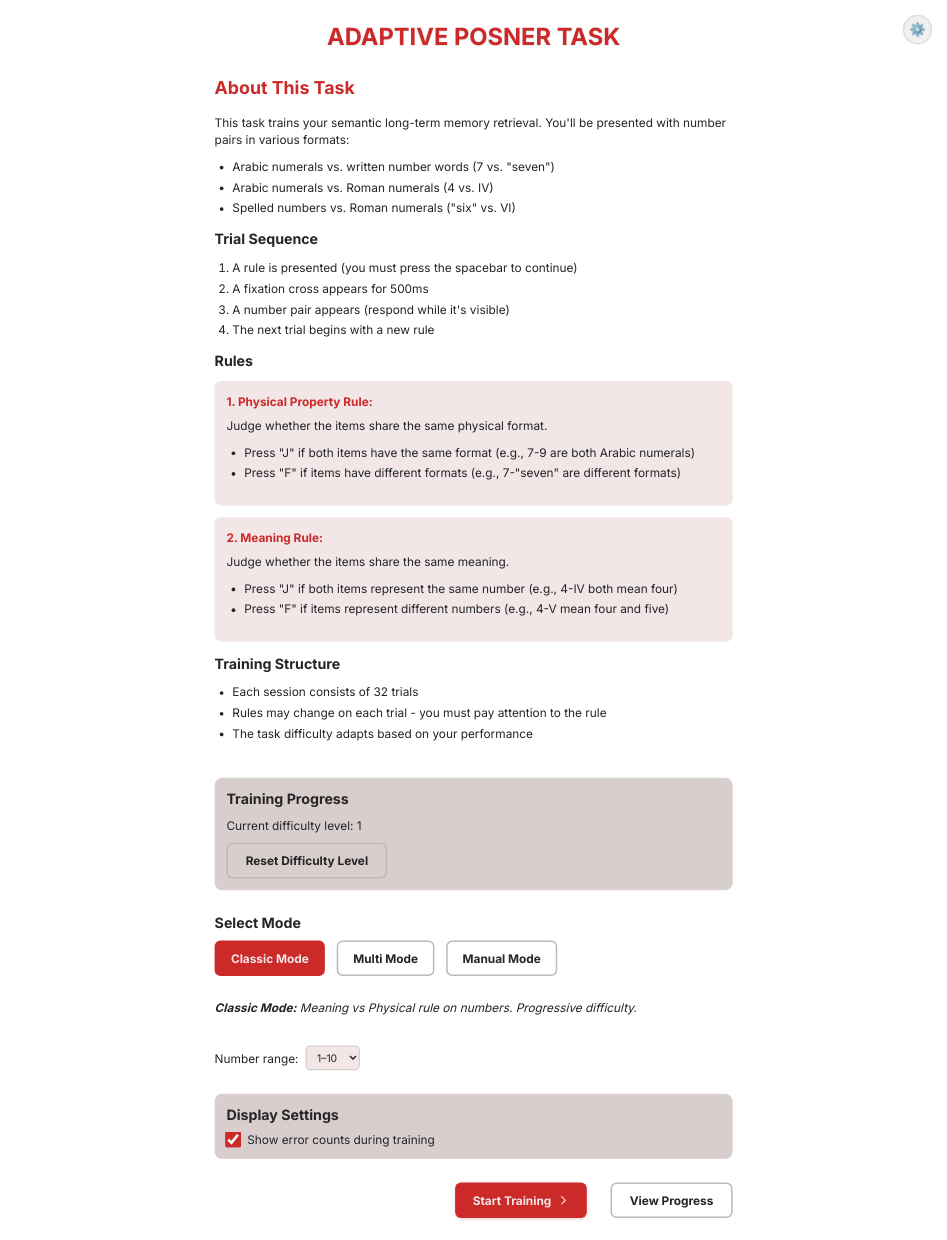
Repository: dolev765/braintrainepson
Page: index.html
An editor plug-in stored every save of this project. The page is shown before and after the next save, followed by the edit.
The browser window is 1280 px wide. The pictures show the whole page, at 74% of full size.

Above is the page before, as saved 2025-10-16 01:11:52.

After the next save:
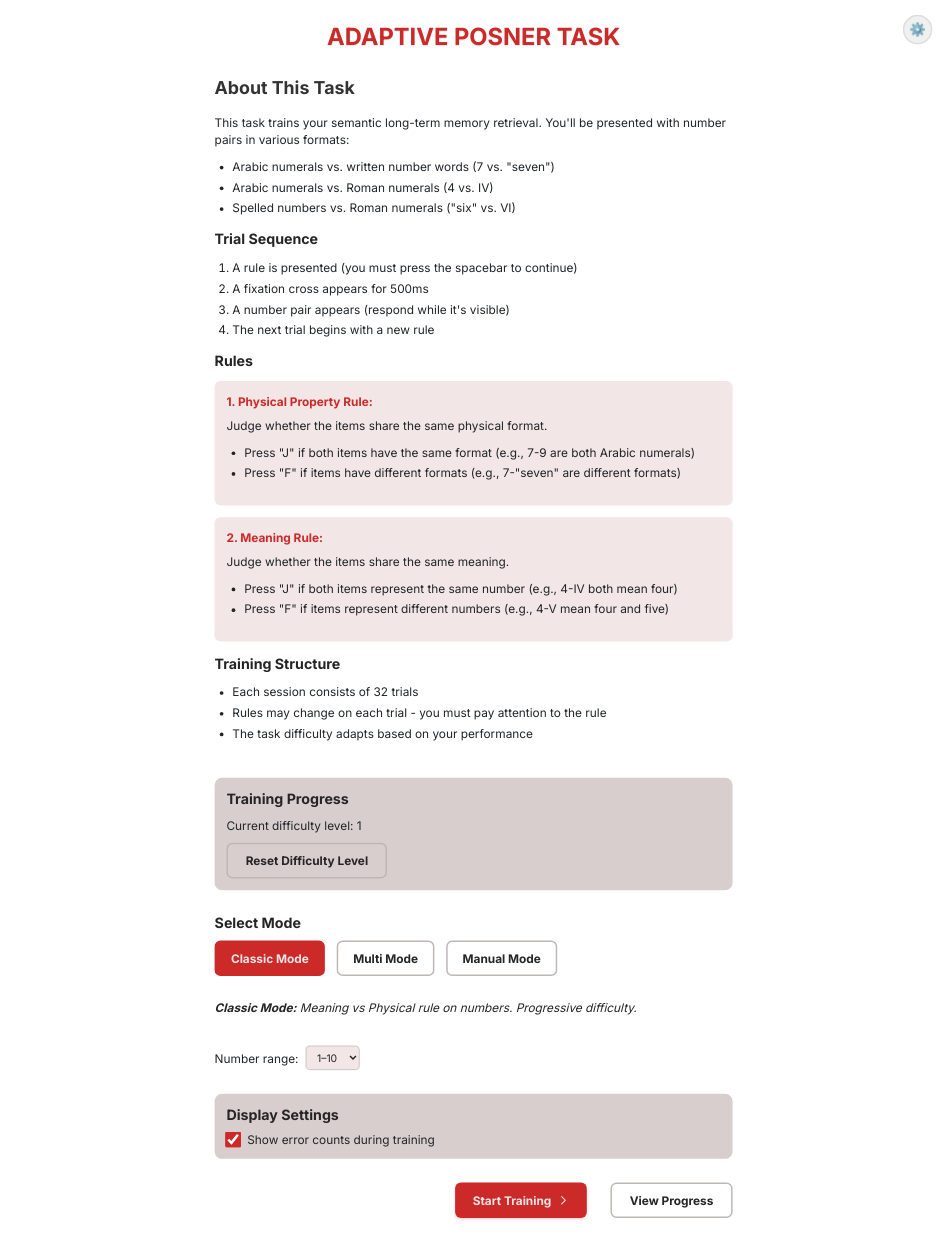
Saved 12 s later.
--- a/css/main.css
+++ b/css/main.css
@@ -47,7 +47,7 @@ header h1 {
 
 /* Typography */
 h2 {
-    color: #cc2929;
+    color: #333333;
     font-weight: 700;
     font-size: 1.5rem;
     margin-bottom: 1rem;
